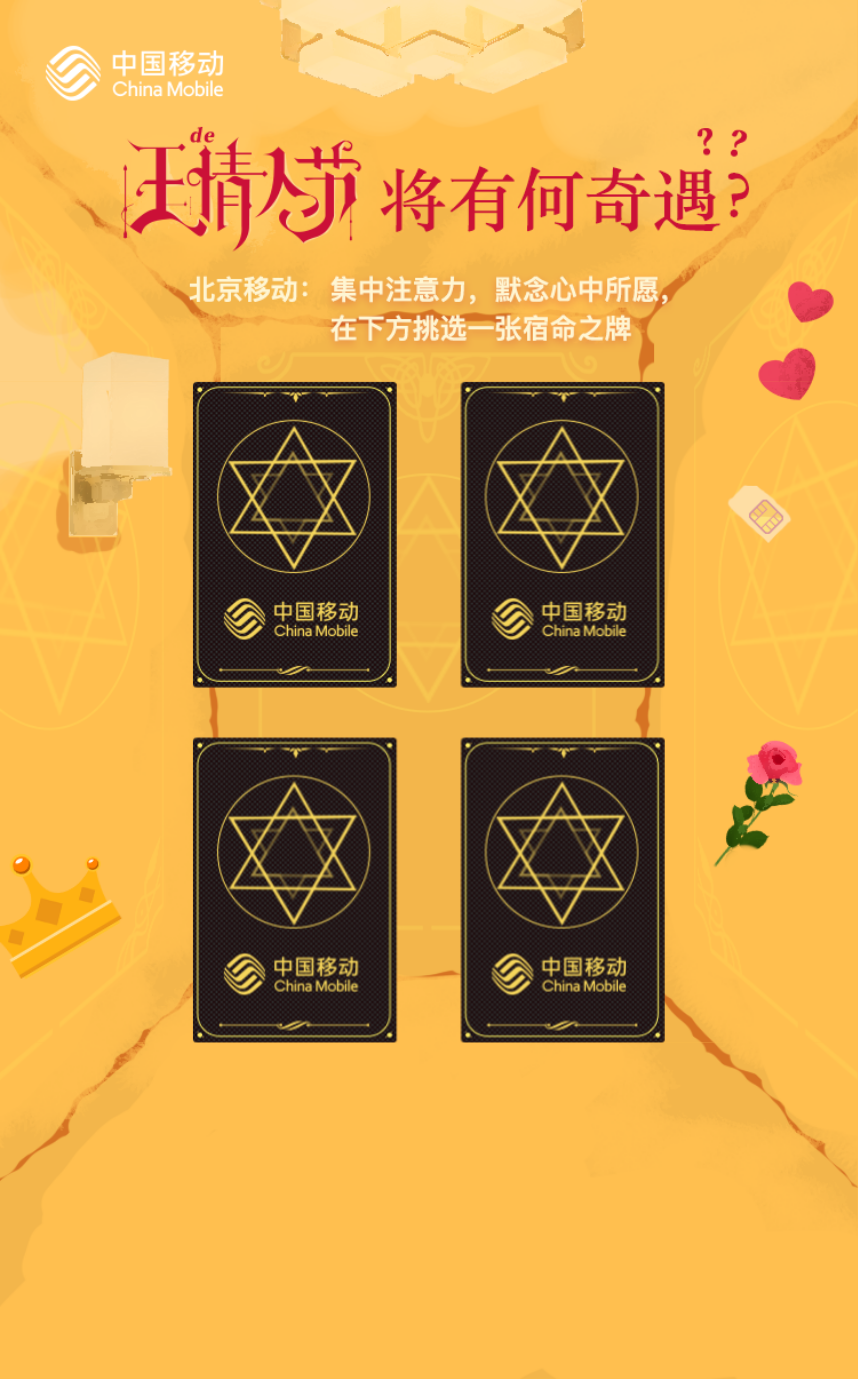
Repository: wangbiaozy/12.19
Page: fp.html
These files come from the project's save history. The page is drawn as it stood at one moment and after the next save; the edit follows.
The browser window is 1280 px wide. The pictures show the whole page, at 67% of full size.

Above is the page before, as saved 2018-12-19 16:38:08.

### fp.html
<!DOCTYPE html>
<html lang="en">

<head>
    <meta charset="UTF-8">
    <meta name="viewport" content="width=device-width, initial-scale=1.0, maximum-scale=1.0, minimum-scale=1.0, user-scalable=no, viewport-fit=cover">
    <meta http-equiv="X-UA-Compatible" content="ie=edge">
    <title>Document</title>
    <link rel="stylesheet" href="css/reset.min.css">
    <link rel="stylesheet/less" href="css/fp.less">
    <script src="js/less-1.7.0.min.js"></script>
</head>
<body>
    <section class="wrap">
        <header></header>
        <main>
            <ul id="flip-box">
                <li>
                   <div></div>
                   <div>
                       <i></i>
                       <a href="./wangka.html">我要办王卡</a>
                       <a href="./index.html">再玩一次</a>
                       <a href="./lj.html">收了这份王的祝福与特权</a>
                   </div>
                </li>
                <li>
                   <div></div>
                   <div>
                       <i></i>
                       <a href="./wangka.html">我要办王卡</a>
                       <a href="./index.html">再玩一次</a>
                       <a href="./lj.html">收了这份王的祝福与特权</a>
                   </div>
                </li>
                <li>
                   <div></div>
                   <div>
                       <i></i>
                       <a href="./wangka.html">我要办王卡</a>
                       <a href="./index.html">再玩一次</a>
                       <a href="./lj.html">收了这份王的祝福与特权</a>
                   </div>
                </li>
                <li>
                   <div></div>
                   <div>
                       <i></i>
                       <a href="./wangka.html">我要办王卡</a>
                       <a href="./index.html">再玩一次</a>
                       <a href="./lj.html">收了这份王的祝福与特权</a>
                   </div>
                </li>
            </ul>
        </main>
        <footer>
            <div id="sex"></div>
        </footer>
    </section>
</body>
</html>
<script src="js/jquery-1.10.1.min.js"></script>
<script src="js/index.js"></script>
<script>
    window.onload = function(){
        var sex = sessionStorage.getItem('sex');
        console.log(sex)
        if(sex === '0'){
            $('#sex').addClass('boy');
        }else if(sex === '1'){
            $('#sex').addClass('girl');
        }
    }
</script>

### css/reset.min.css
@charset "utf-8";
/*默认样式清除和初始化*/
body,h1,h2,h3,h4,h5,h6,hr,p,blockquote,dl,dt,dd,ul,ol,li,button,input,textarea,th,td{margin:0;padding:0}body{font-size:12px;font-style:normal;font-family:"\5FAE\8F6F\96C5\9ED1",Helvetica,sans-serif}small{font-size:12px}h1{font-size:18px}h2{font-size:16px}h3{font-size:14px}h4,h5,h6{font-size:100%}ul,ol{list-style:none}a{text-decoration:none;background-color:transparent}a:hover,a:active{outline-width:0;text-decoration:none}table{border-collapse:collapse;border-spacing:0}hr{border:0;height:1px}img{border-style:none}img:not([src]){display:none}svg:not(:root){overflow:hidden}html{-webkit-touch-callout:none;-webkit-text-size-adjust:100%}input,textarea,button,a{-webkit-tap-highlight-color:rgba(0,0,0,0)}article,aside,details,figcaption,figure,footer,header,main,menu,nav,section,summary{display:block}audio,canvas,progress,video{display:inline-block}audio:not([controls]),video:not([controls]){display:none;height:0}progress{vertical-align:baseline}mark{background-color:#ff0;color:#000}sub,sup{position:relative;font-size:75%;line-height:0;vertical-align:baseline}sub{bottom:-0.25em}sup{top:-0.5em}button,input,select,textarea{font-size:100%;outline:0}button,input{overflow:visible}button,select{text-transform:none}textarea{overflow:auto}button,html [type="button"],[type="reset"],[type="submit"]{-webkit-appearance:button}button::-moz-focus-inner,[type="button"]::-moz-focus-inner,[type="reset"]::-moz-focus-inner,[type="submit"]::-moz-focus-inner{border-style:none;padding:0}button:-moz-focusring,[type="button"]:-moz-focusring,[type="reset"]:-moz-focusring,[type="submit"]:-moz-focusring{outline:1px dotted ButtonText}[type="checkbox"],[type="radio"]{box-sizing:border-box;padding:0}[type="number"]::-webkit-inner-spin-button,[type="number"]::-webkit-outer-spin-button{height:auto}[type="search"]{-webkit-appearance:textfield;outline-offset:-2px}[type="search"]::-webkit-search-cancel-button,[type="search"]::-webkit-search-decoration{-webkit-appearance:none}::-webkit-input-placeholder{color:inherit;opacity:.54}::-webkit-file-upload-button{-webkit-appearance:button;font:inherit}.clear:after{display:block;height:0;content:"";clear:both}
*{ -webkit-tap-highlight-color: rgba(0,0,0,0);-webkit-tap-highlight-color: transparent; /* For some Androids */ }

### js/index.js
(function (doc, win) {
    var docEl = doc.documentElement,
        resizeEvt = 'orientationchange' in window ? 'orientationchange' : 'resize',
        recalc = function () {
            var clientWidth = docEl.clientWidth;
            if (!clientWidth) return;
            docEl.style.fontSize = 100 * (clientWidth / 750) + 'px';
        };
    if (!doc.addEventListener) return;
    win.addEventListener(resizeEvt, recalc, false);
    doc.addEventListener('DOMContentLoaded', recalc, false);
})(document, window);
$(function () {



    //选择男女   0:男  1: 女
    $('.card-box').on('click','div',function(){
        var $this = $(this);
        $this.addClass('act').siblings().removeClass('act');
        if($('.card-1').hasClass('act')){
            sessionStorage.setItem('sex',0);
        }else if($('.card-2').hasClass('act')){
            sessionStorage.setItem('sex',1);
        }
    });
    //开始占卜
    $('#start').on('click',function(){
        if($('.card-1').hasClass('act') || $('.card-2').hasClass('act')){
            window.location.href = './fp.html';
        }
    });

    //翻牌
    $('#flip-box').on('click','li',function(){
        var $this = $(this);
        $this.addClass('act').siblings().removeClass('act');
    });

    //移动手机号码验证
    function istel(tel) {
        var rtn = false;
        //移动号段验证
        var regtel = /^((13[4-9])|(15([0-2]|[7-9]))|(18[2|3|4|7|8])|(178)|(147))[\d]{8}$/;
        if (regtel.test(tel)) {
            rtn = true;
        }
        return rtn;
    }
    function test() {
        var phone = $("#tel").val();
        if (istel(phone)) {
            $('#message').hide();
        }
        else {
            $('#message').show();
        }
    }
    //手机号输入框
    $('#tel').on('input',function(){
        $('#message').hide();
    });
    //领奖按钮
    $('#get-btn').on('click',function(){
        test();
    });

    //显示遮罩层
    function showMask(){
        $("#mask").css("height",$(document).height());
        $("#mask").css("width",$(document).width());
        $("#mask").show();
    }
    //隐藏遮罩层
    function hideMask(){
        $("#mask").hide();
    }
});

Loaded but not shown: js/less-1.7.0.min.js (library); js/jquery-1.10.1.min.js (library)

After the next save:
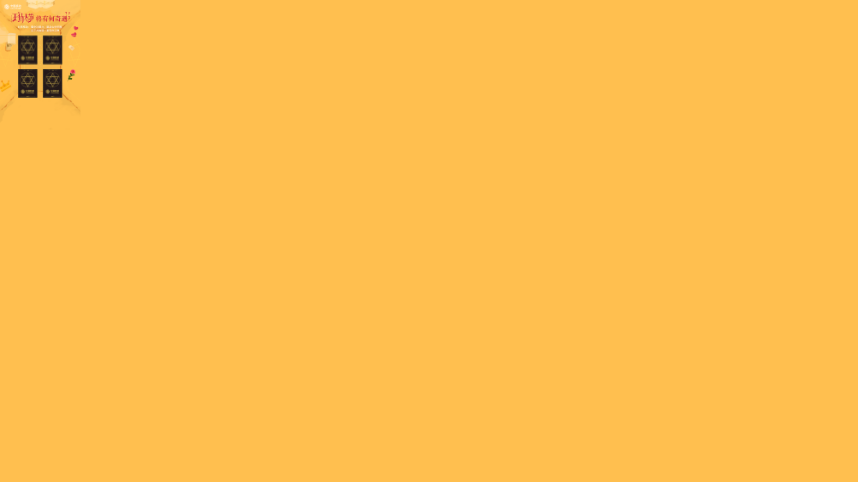
Console error: SyntaxError: Unexpected token ')'
Saved 2 min 6 s later.
--- a/js/index.js
+++ b/js/index.js
@@ -35,6 +35,12 @@
     $('#flip-box').on('click','li',function(){
         var $this = $(this);
         $this.addClass('act').siblings().removeClass('act');
+        var sex = sessionStorage.getItem('sex');
+        if(sex === '0'){
+            $this.addClass('b'+ );
+        }else if(sex === '1'){
+            $this.addClass('g'+ );
+        }
     });
 
     //移动手机号码验证

After the save that followed:
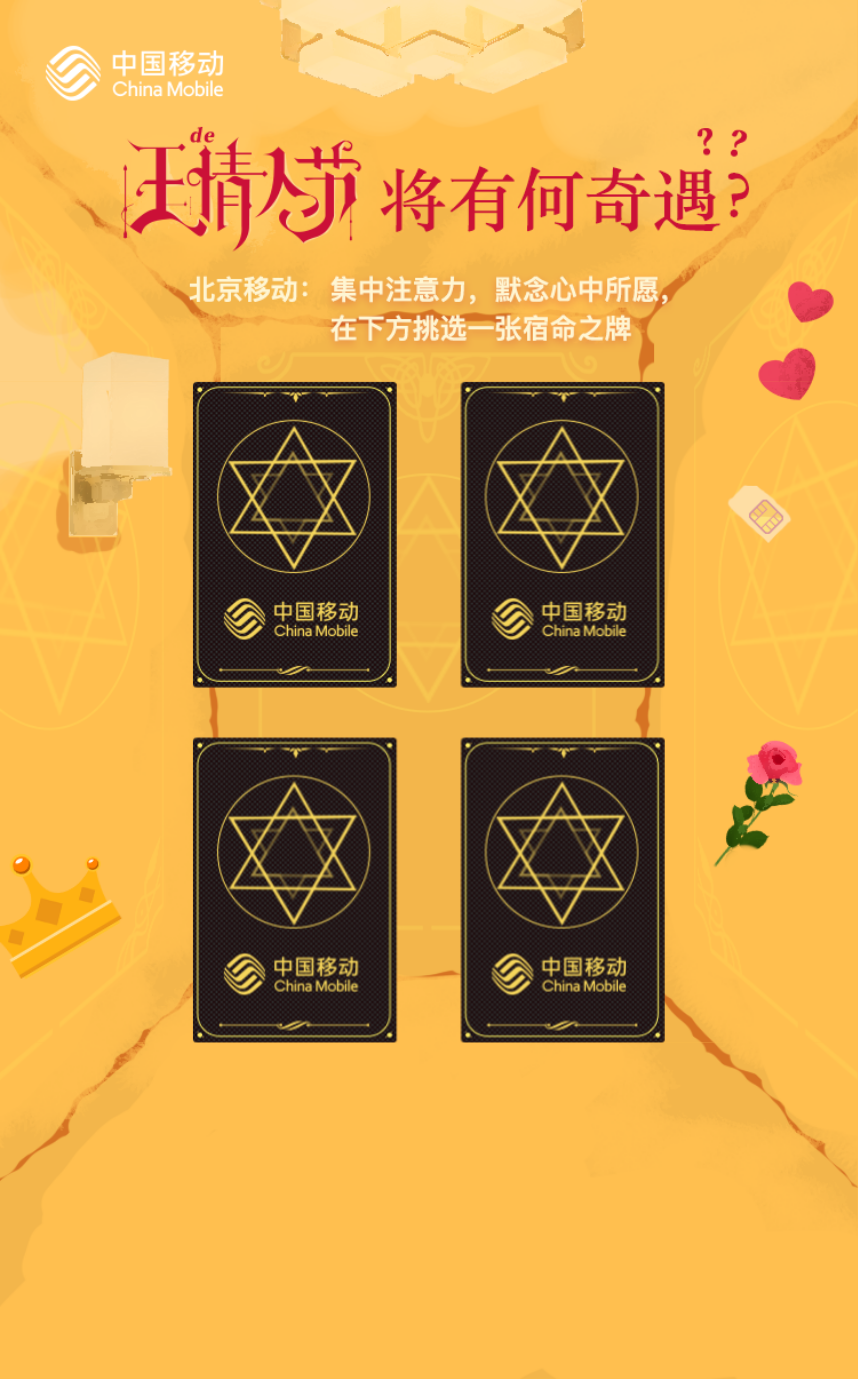
The error is gone.
Saved 2 min 46 s later.
--- a/js/index.js
+++ b/js/index.js
@@ -36,10 +36,11 @@
         var $this = $(this);
         $this.addClass('act').siblings().removeClass('act');
         var sex = sessionStorage.getItem('sex');
+        var random = Math.round(Math.random()*(4-1)+1);
         if(sex === '0'){
-            $this.addClass('b'+ );
+            $this.addClass('b'+ random);
         }else if(sex === '1'){
-            $this.addClass('g'+ );
+            $this.addClass('g'+ random);
         }
     });
 
